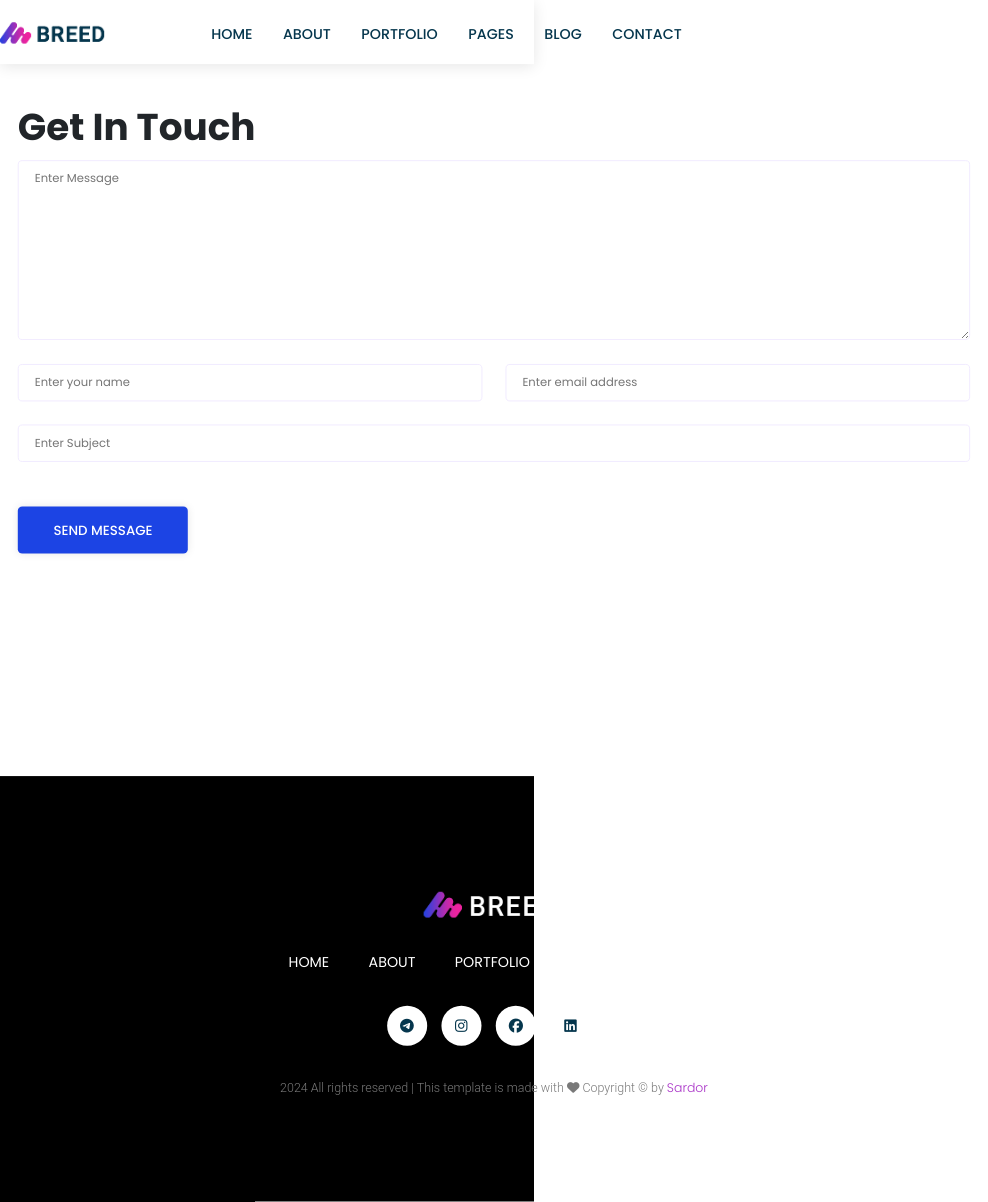
Repository: whoami2991/Sardorbek-Portfolio---Home
Page: contact.html
The author's editor kept a copy of each file at every save. The page is drawn from the files as they stood at one save, then again after the next save.
The browser window is 600 px wide. The page is 1110 px wide, then 600 px, so the pictures cover 1110 px, including what lies to the right of the window. The pictures show the whole page, at 89% of full size.

Above is the page before, as saved 2024-08-02 16:25:49.

### contact.html
<!DOCTYPE html>
<html lang="en">
<head>
    <meta charset="UTF-8">
    <meta name="viewport" content="width=device-width, initial-scale=1.0">
    <title>Portfolio - Contact</title>
    <link rel="stylesheet" href="shared.css">
    <link rel="stylesheet" href="contact.css">
    <link rel="stylesheet" href="https://cdnjs.cloudflare.com/ajax/libs/font-awesome/6.5.1/css/all.min.css" integrity="sha512-DTOQO9RWCH3ppGqcWaEA1BIZOC6xxalwEsw9c2QQeAIftl+Vegovlnee1c9QX4TctnWMn13TZye+giMm8e2LwA==" crossorigin="anonymous" referrerpolicy="no-referrer" />
    <link rel="icon" href="icons8-briefcase-94.png" type="image/png">
    <link href='https://unpkg.com/boxicons@2.1.4/css/boxicons.min.css' rel='stylesheet'>
</head>
<body>
    <!--Header section-->
    <header class="main-header">
        <div class="wrapper">
            <div class="brand">
                <a href="index.html">
                    <img src="logo.png" alt="logo">
                </a>
            </div>
            <nav class="main-navigation">
                <ul class="main-navigation__items">
                    <li class="main-navigation__item">
                        <a href="/index.html">Home</a>
                    </li>
                    <li class="main-navigation__item">
                        <a href="#">About</a>
                    </li>
                    <li class="main-navigation__item">
                        <a href="#">Portfolio</a>
                    </li>
                    <li class="main-navigation__item">
                        <a href="#">Pages</a>
                    </li>
                    <li class="main-navigation__item">
                        <a href="#">Blog</a>
                    </li>
                    <li class="main-navigation__item">
                        <a href="#">Contact</a>
                    </li>
                </ul>
            </nav>
        </div>
    </header>
    <div class="wrapper">
        <section class="contact">
            <div class="section-title">Get in Touch</div>
            <form action="/server.php" method="get">
                <textarea name="message" id="message" cols="30" rows="9" placeholder="Enter Message"></textarea>
                <div class="half-row contact_firstname">
                    <input type="text" placeholder="Enter your name" name="firsname">
                </div>
                <div class="half-row contact_email">
                    <input type="email" placeholder="Enter email address" name="email">
                </div>
                <input class="input_enter" type="text" placeholder="Enter Subject" name="subject">
                <button class="button to-uppercase contact_send" type="submit">Send message</button>
            </form>
        </section>
    </div>
    <!--Footer section-->
    <footer class="footer-area">
        <div class="wrapper">
            <section class="footer">
                <div class="footer-logo">
                    <a href="#">
                        <img src="logo2.png" alt="footer logo">
                    </a>
                    <div class="footer-nav">
                        <nav class="footer-main_nav">
                            <ul class="footer-main_nav-items">
                                <li class="nav-item">
                                    <a href="#">Home</a>
                                </li>
                                <li class="nav-item">
                                    <a href="#">about</a>
                                </li>
                                <li class="nav-item">
                                    <a href="#">portfolio</a>
                                </li>
                                <li class="nav-item">
                                    <a href="#">pages</a>
                                </li>
                                <li class="nav-item">
                                    <a href="#">blog</a>
                                </li>
                            </ul>
                        </nav>
                    </div>

                </div>
                <div class="footer-social">
                    <a href="https://t.me/ism018"><i class="fa-brands fa-telegram"></i></a>
                    <a href="https://www.instagram.com/imsard0r/" class="social-instagram_color"><i class="fa-brands fa-instagram"></i></a>
                    <a href="https://www.facebook.com/sardorbek.ismoilov.545/"><i class="fa-brands fa-facebook"></i></a>
                    <a href="https://www.linkedin.com/in/sardor-ismoilov/"><i class="fa-brands fa-linkedin"></i></a>
                </div>
                    <div class="footer-bottom">
                        <p class="col-lg-8 col-sm-12 footer-text"><script>document.write(new Date().getFullYear());</script> All rights reserved | This template is made with <i class="fa fa-heart" aria-hidden="true"></i>
                            Copyright © by <a href="https://t.me/ism018" target="_blank">Sardor</a>
                        </p>
                    </div>
            </section>
        </div>
    </footer>
</body>
</html>

### shared.css
@import url("https://fonts.googleapis.com/css2?family=Poppins:wght@300;400;500;600;700;800;900&display=swap");
/*===============Core styles===============*/
* {
    font-family: "Poppins", sans-serif;
    box-sizing: border-box;
}
body{

    margin: 0;
}
.wrapper{
    width: 1110px;
    margin: 0 auto;
}
.section-subtitle{
    letter-spacing: 2px;
    font-weight: 500;
    color: #797979;
    text-transform: uppercase;
    margin: 5px 0 0;
    font-size: 15px;
    font-weight: 600;
}
.section-title{
    font-size: 42px;
    font-weight: 700;
    text-transform: capitalize;
    color: #212529;
    margin: 15px 0 0 0;
    line-height: 55px;
}

.blur-line{
    display: inline-block;
    vertical-align: middle;
    margin-left: 5px;
    width: 80px;
    height: 4px;
    background: rgba(237,35,159,0.6);
    filter: blur(4px);
}
.button{
    border: none;
    background-color: #1c44e4;
    color: #fff;
    font-weight: 500;
    font-size: 15px;
    padding: 15px 40px;
    cursor: pointer;
    border-radius: 5px;
    box-shadow: 0 0 10px rgba(0, 0, 0, 0.1);
    -webkit-transition-duration: 0.3;
    transition-duration: 0.3;
    -webkit-transition-property: box-shadow, transform;
    transition-property: box-shadow, transform;
}
.button:hover, .button:focus, button:active{
    box-shadow: 0 0 20px rgba(0, 0, 0, 0.5);
    -webkit-transform: scale(1.1);
    transform: scale(1.1);
}
.to-uppercase{
    text-transform: uppercase;
}
.clearfix{
    clear: both;
}
/*===============Header styles==============*/
.main-header{
    position: fixed;
    z-index: 10;
    background-color: #fff;
    width: 100%;
    top: 0;
    left: 0;
    box-shadow: 0px 3px 16px 0px rgb(0 0 0 / 10%);
}
.brand {
    display: inline-block;
    margin-top: 25px;
    border-style: none;
    margin-right: 60px;
}
.main-navigation{
    display: inline-block;
    vertical-align: top;
    padding-top: 5px;
}
.main-navigation__item{
    display: inline-block;
    padding: 5px 15px;
}
.main-navigation__item a{
    color: #05364D;
    text-decoration: none;
    font-weight: 500;
    text-transform: uppercase;
    transition: 0.5s;
}
.main-navigation__item a:hover{
    color: #1c44e4;
}
/*==============Footer section styles=================*/
.footer-area{
    margin-top: 150px;
    padding-top: 130px;
    background-color: #000;
}
.footer-logo{
    text-align: center;
    display: block;
    margin-left: -10px;
}
.footer-nav{
    padding-top: 15px;
}
.footer-main_nav{
    text-decoration: none;
    margin-left: -40px;
}
.footer-main_nav-items{
    list-style: none;
    display: inline-block;
}
.footer-main_nav-items li{
    display: inline-block;
    padding: 0 20px 0;
}
.footer-main_nav-items a{
    display: inline-block;
    text-transform: uppercase;
    text-decoration: none;
    color: #fff;
}
.footer-social {
    padding: 20px;
    align-items: center;
    text-align: center;
}
.footer-social a{
    display: inline-block;
    width: 45px;
    height: 45px;
    line-height: 45px;
    text-align: center;
    background: #ffffff;
    border-radius: 36px;
    color: #05364d;
    font-size: 16px;
    margin-right: 12px
}
.footer-social a:hover{
    transition: 0.4s;
    background: linear-gradient(90deg, #1345e6 0%, #ed239f 100%);
    color: #fff;
}
.footer-bottom{
    padding-top: 0px;
    padding-bottom: 100px;
}
.footer-bottom p{
    text-align: center;
    font-size: 14px;
    line-height: 27px;
    font-weight: 300;
    font-family: "Roboto",sans-serif;
    color: #797979;
}
.footer-bottom a{
    color: #a932c7;
    text-decoration: none;
}

@media only screen and (max-with: 767px) {
    .wrapper{
        width: 96%;
    }
    .main-navigation{
        display: none;
    }
}

### contact.css
.contact{
    padding: 100px 20px;
}
textarea, input{
    width: 100%;
    padding: 10px;
    margin-bottom: 10px;
    margin-top: 10px;
    border: 1px solid #f0e9ff;
    border-radius: 5px;
    padding-left: 18px;
    font-size: 13px;
    background: transparent;
    color: #495057;
}
.input_enter{
    margin-top: 16px;
}
textarea:focus,
input:focus{
    outline: 0;
}
.half-row{
    width: 50%;
    float: left;
    box-sizing: border-box;
}
.contact_firstname{
    padding-right: 13px;
}
.contact_email{
    padding-left: 13px;
}
.contact_send{
    margin-top: 40px;

}

After the next save:
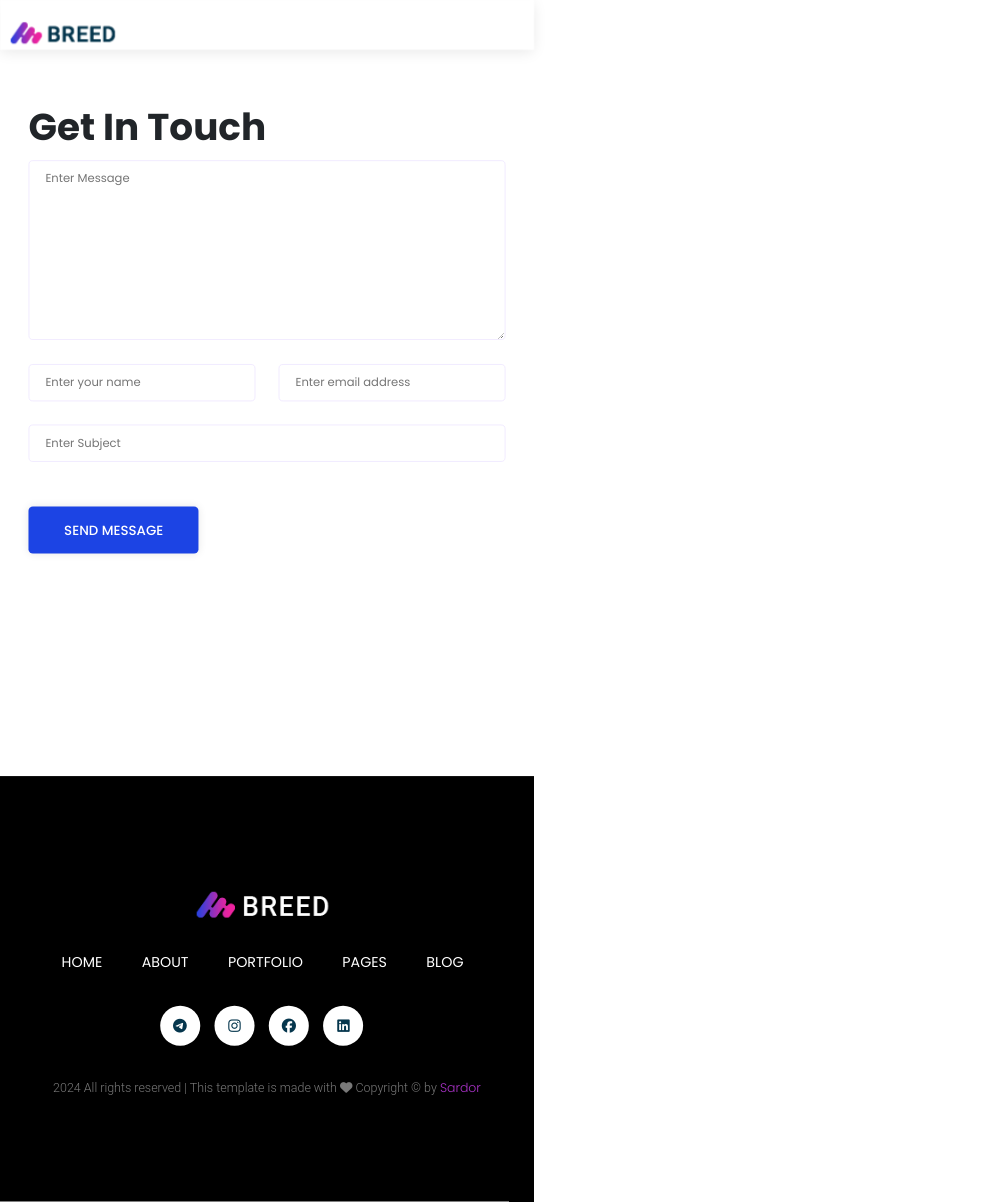
Saved 107 s later.
--- a/shared.css
+++ b/shared.css
@@ -171,7 +171,7 @@ body{
     text-decoration: none;
 }
 
-@media only screen and (max-with: 767px) {
+@media only screen and (max-width: 767px) {
     .wrapper{
         width: 96%;
     }
